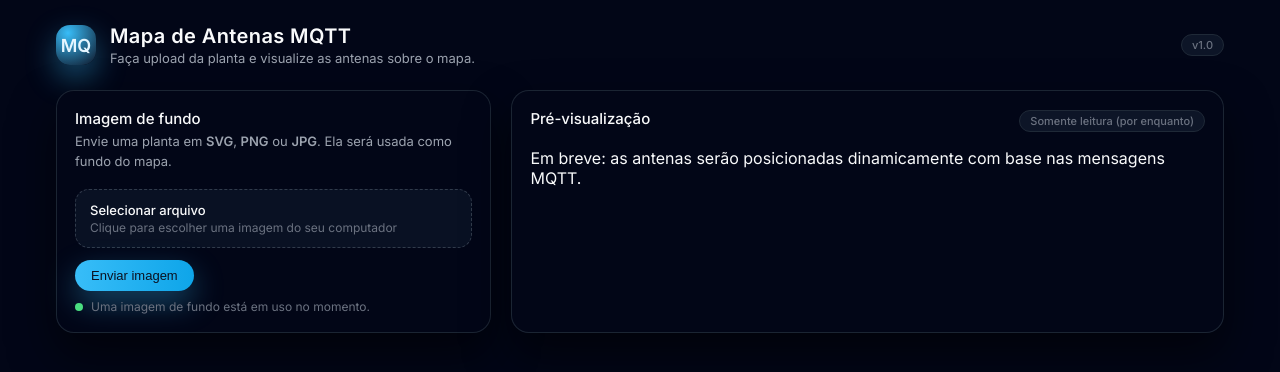
Repository: joaopanceri/mqtt-mapa-flask
Page: http://localhost/
An editor plug-in stored every save of this project. The page is shown before and after the next save, followed by the edit.
The browser window is 1280 px wide. The pictures show the whole page.
The page is served by the project's application, run on Flask 3 (app.py).

Above is the page before, as saved 2025-11-20 15:16:19.

### templates/index.html
<!doctype html>
<html lang="pt-BR">
<head>
  <meta charset="utf-8">
  <title>Mapa de Antenas MQTT</title>
  <meta name="viewport" content="width=device-width, initial-scale=1">

  <!-- Fonte moderna -->
  <link rel="preconnect" href="https://fonts.googleapis.com">
  <link rel="preconnect" href="https://fonts.gstatic.com" crossorigin>
  <link href="https://fonts.googleapis.com/css2?family=Inter:wght@400;500;600&display=swap" rel="stylesheet">

  <link rel="stylesheet" href="{{ url_for('static', filename='css/style.css') }}">
</head>
<body>
  <div class="app-shell">
    <!-- Barra superior -->
    <header class="app-header">
      <div class="app-title-group">
        <div class="app-logo">MQ</div>
        <div>
          <h1 class="app-title">Mapa de Antenas MQTT</h1>
          <p class="app-subtitle">Faça upload da planta e visualize as antenas sobre o mapa.</p>
        </div>
      </div>
      <div class="app-header-actions">
        <span class="badge badge-soft">v1.0</span>
      </div>
    </header>

    <main class="app-main">
      <!-- Coluna esquerda: upload/config -->
      <section class="card card-config">
        <h2 class="card-title">Imagem de fundo</h2>
        <p class="card-description">
          Envie uma planta em <strong>SVG</strong>, <strong>PNG</strong> ou <strong>JPG</strong>. Ela será usada como fundo do mapa.
        </p>

        <form action="{{ url_for('index') }}" method="post" enctype="multipart/form-data" class="upload-form">
          <label for="background" class="upload-label">
            <span class="upload-label-title">Selecionar arquivo</span>
            <span class="upload-label-subtitle">Clique para escolher uma imagem do seu computador</span>
          </label>
          <input
            type="file"
            id="background"
            name="background"
            accept=".svg,.png,.jpg,.jpeg"
            required
          >

          <button type="submit" class="btn-primary">
            Enviar imagem
          </button>
        </form>

        {% if background_url %}
          <div class="current-image-info">
            <span class="dot dot-success"></span>
            <span>Uma imagem de fundo está em uso no momento.</span>
          </div>
        {% else %}
          <div class="current-image-info">
            <span class="dot dot-muted"></span>
            <span>Nenhuma imagem enviada ainda.</span>
          </div>
        {% endif %}
      </section>

      <!-- Coluna direita: preview do mapa -->
      <section class="card card-map">
        <div class="card-header-row">
          <h2 class="card-title">Pré-visualização</h2>
          <span class="badge badge-soft">Somente leitura (por enquanto)</span>
        </div>

        <div class="map-wrapper">
          <div class="map-container">
            {% if background_url %}
              <div class="map-background"
                   style="background-image: url('{{ background_url }}');">
              </div>
            {% else %}
              <div class="map-background placeholder">
                <div class="placeholder-content">
                  <div class="placeholder-icon">🗺️</div>
                  <p>Envie uma planta para visualizar o mapa aqui.</p>
                </div>
              </div>
            {% endif %}

            <!-- Camada das antenas: por enquanto só exemplo visual -->
            <div class="antennas-layer">
              <div class="antenna" style="left: 18%; top: 30%;"></div>
              <div class="antenna" style="left: 55%; top: 60%;"></div>
              <div class="antenna" style="left: 78%; top: 40%;"></div>
            </div>
          </div>

          <p class="map-hint">
            Em breve: as antenas serão posicionadas dinamicamente com base nas mensagens MQTT.
          </p>
        </div>
      </section>
    </main>
  </div>
</body>
</html>

### app.py
import os
from flask import Flask, render_template, request, redirect, url_for
from werkzeug.utils import secure_filename

BASE_DIR = os.path.abspath(os.path.dirname(__file__))

app = Flask(__name__, static_folder="static", static_url_path="/static")

UPLOAD_FOLDER = os.path.join(BASE_DIR, "static", "uploads")
ALLOWED_EXTENSIONS = {"png", "jpg", "jpeg", "svg"}

os.makedirs(UPLOAD_FOLDER, exist_ok=True)
app.config["UPLOAD_FOLDER"] = UPLOAD_FOLDER
# Se quiser limitar tamanho depois, pode voltar com MAX_CONTENT_LENGTH


def allowed_file(filename: str) -> bool:
    return "." in filename and filename.rsplit(".", 1)[1].lower() in ALLOWED_EXTENSIONS


def get_current_background():
    """Retorna o arquivo mais recente na pasta uploads, se existir."""
    files = [
        f for f in os.listdir(UPLOAD_FOLDER)
        if os.path.isfile(os.path.join(UPLOAD_FOLDER, f))
    ]
    if not files:
        return None

    files = sorted(
        files,
        key=lambda f: os.path.getmtime(os.path.join(UPLOAD_FOLDER, f)),
        reverse=True,
    )
    return files[0]


@app.route("/", methods=["GET", "POST"])
def index():
    if request.method == "POST":
        file = request.files.get("background")

        # Nenhum arquivo selecionado
        if file is None or file.filename == "":
            return redirect(url_for("index"))

        if allowed_file(file.filename):
            # Sempre sobrescreve com um nome padrão (facilita debugging)
            ext = file.filename.rsplit(".", 1)[1].lower()
            filename = secure_filename(f"background.{ext}")
            save_path = os.path.join(app.config["UPLOAD_FOLDER"], filename)
            file.save(save_path)

        return redirect(url_for("index"))

    current_bg = get_current_background()
    background_url = (
        url_for("static", filename=f"uploads/{current_bg}") if current_bg else None
    )

    return render_template("index.html", background_url=background_url)


if __name__ == "__main__":
    app.run(debug=True)

### static/css/style.css
:root {
  --bg-body: #0f172a;          /* fundo geral */
  --bg-card: #020617;          /* cards */
  --bg-card-soft: #020617;
  --bg-elevated: #020617;
  --border-subtle: #1f2937;
  --accent: #38bdf8;
  --accent-soft: rgba(56, 189, 248, 0.1);
  --accent-strong: #0ea5e9;
  --text-main: #f9fafb;
  --text-muted: #9ca3af;
  --text-soft: #6b7280;
  --danger: #f97373;
  --success: #4ade80;
  --radius-lg: 18px;
  --radius-full: 999px;
  --shadow-soft: 0 22px 45px rgba(0, 0, 0, 0.55);
}

/* ===== Reset leve ===== */
*,
*::before,
*::after {
  box-sizing: border-box;
}

body {
  margin: 0;
  min-height: 100vh;
  font-family: "Inter", system-ui, -apple-system, BlinkMacSystemFont, "Segoe UI",
    sans-serif;
  background: radial-gradient(circle at top, #020617 0, #020617 40%, #020617 100%);
  color: var(--text-main);
}

/* ===== Shell geral do app ===== */
.app-shell {
  max-width: 1200px;
  margin: 0 auto;
  padding: 24px 16px 40px;
}

/* ===== Header ===== */
.app-header {
  display: flex;
  justify-content: space-between;
  align-items: center;
  margin-bottom: 24px;
}

.app-title-group {
  display: flex;
  align-items: center;
  gap: 14px;
}

.app-logo {
  width: 40px;
  height: 40px;
  border-radius: 14px;
  display: flex;
  align-items: center;
  justify-content: center;
  background: radial-gradient(circle at 30% 20%, #38bdf8, #0f172a);
  color: #e5f6ff;
  font-weight: 700;
  font-size: 18px;
  box-shadow: 0 12px 30px rgba(56, 189, 248, 0.4);
}

.app-title {
  margin: 0;
  font-size: 20px;
  font-weight: 600;
  letter-spacing: 0.02em;
}

.app-subtitle {
  margin: 2px 0 0;
  color: var(--text-muted);
  font-size: 13px;
}

.app-header-actions {
  display: flex;
  align-items: center;
  gap: 8px;
}

/* ===== Badges ===== */
.badge {
  display: inline-flex;
  align-items: center;
  padding: 3px 10px;
  border-radius: var(--radius-full);
  font-size: 11px;
  font-weight: 500;
  border: 1px solid transparent;
}

.badge-soft {
  background: rgba(15, 23, 42, 0.9);
  border-color: var(--border-subtle);
  color: var(--text-soft);
}

/* ===== Layout principal ===== */
.app-main {
  display: grid;
  grid-template-columns: minmax(0, 1.1fr) minmax(0, 1.8fr);
  gap: 20px;
}

/* Responsivo */
@media (max-width: 900px) {
  .app-main {
    grid-template-columns: 1fr;
  }
}

/* ===== Cards ===== */
.card {
  background: radial-gradient(circle at top left, #020617, #020617 50%, #020617 100%);
  border-radius: var(--radius-lg);
  border: 1px solid rgba(31, 41, 55, 0.9);
  box-shadow: var(--shadow-soft);
  padding: 18px 18px 18px;
  backdrop-filter: blur(18px);
}

.card-title {
  margin: 0 0 4px;
  font-size: 15px;
  font-weight: 500;
}

.card-description {
  margin: 0 0 18px;
  font-size: 13px;
  color: var(--text-muted);
  line-height: 1.5;
}

.card-header-row {
  display: flex;
  justify-content: space-between;
  align-items: center;
  gap: 8px;
  margin-bottom: 12px;
}

/* ===== Upload ===== */
.upload-form {
  display: flex;
  flex-direction: column;
  gap: 12px;
}

/* Esconde o input nativo */
.upload-form input[type="file"] {
  display: none;
}

/* Área clicável estilizada */
.upload-label {
  border-radius: 14px;
  border: 1px dashed rgba(55, 65, 81, 0.9);
  padding: 12px 14px;
  display: flex;
  flex-direction: column;
  gap: 2px;
  cursor: pointer;
  background: rgba(15, 23, 42, 0.65);
  transition: border-color 0.18s ease, background 0.18s ease,
    box-shadow 0.18s ease;
}

.upload-label:hover {
  border-color: var(--accent);
  background: rgba(15, 23, 42, 0.9);
  box-shadow: 0 8px 22px rgba(15, 23, 42, 0.7);
}

.upload-label-title {
  font-size: 13px;
  font-weight: 500;
  color: var(--text-main);
}

.upload-label-subtitle {
  font-size: 12px;
  color: var(--text-soft);
}

/* Botão primário */
.btn-primary {
  align-self: flex-start;
  padding: 8px 16px;
  border-radius: var(--radius-full);
  border: none;
  cursor: pointer;
  font-size: 13px;
  font-weight: 500;
  background: linear-gradient(90deg, var(--accent), var(--accent-strong));
  color: #0b1120;
  box-shadow: 0 12px 30px rgba(56, 189, 248, 0.35);
  transition: transform 0.14s ease, box-shadow 0.14s ease, filter 0.14s ease;
}

.btn-primary:hover {
  transform: translateY(-1px);
  box-shadow: 0 16px 35px rgba(56, 189, 248, 0.5);
  filter: brightness(1.03);
}

.btn-primary:active {
  transform: translateY(0);
  box-shadow: 0 10px 18px rgba(56, 189, 248, 0.35);
}

/* Info da imagem atual */
.current-image-info {
  margin-top: 8px;
  display: flex;
  align-items: center;
  gap: 8px;
  font-size: 12px;
  color: var(--text-soft);
}

.dot {
  width: 8px;
  height: 8px;
  border-radius: 999px;
}

.dot-success {
  background: var(--success);

After the next save:
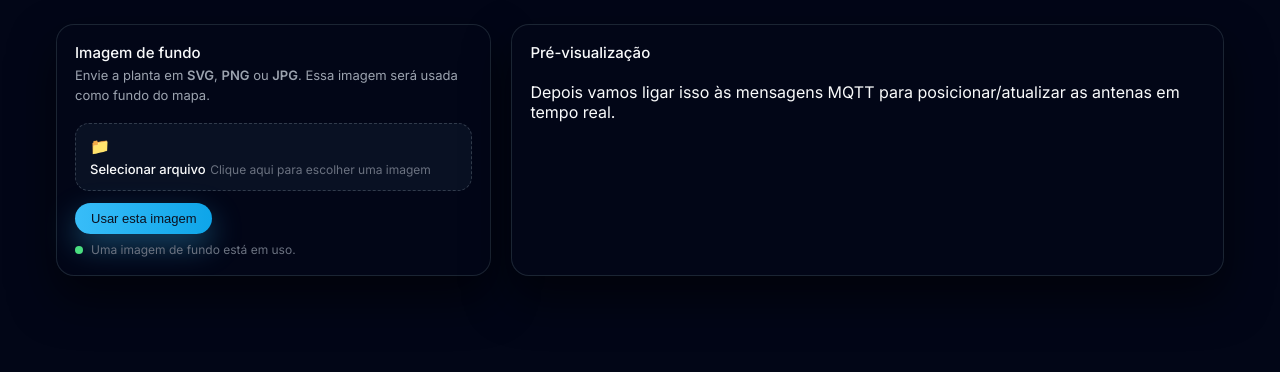
Saved 8 s later.
--- a/templates/index.html
+++ b/templates/index.html
@@ -2,7 +2,7 @@
 <html lang="pt-BR">
 <head>
   <meta charset="utf-8">
-  <title>Mapa de Antenas MQTT</title>
+  <title>Mapa</title>
   <meta name="viewport" content="width=device-width, initial-scale=1">
 
   <!-- Fonte moderna -->
@@ -14,33 +14,25 @@
 </head>
 <body>
   <div class="app-shell">
-    <!-- Barra superior -->
-    <header class="app-header">
-      <div class="app-title-group">
-        <div class="app-logo">MQ</div>
-        <div>
-          <h1 class="app-title">Mapa de Antenas MQTT</h1>
-          <p class="app-subtitle">Faça upload da planta e visualize as antenas sobre o mapa.</p>
-        </div>
-      </div>
-      <div class="app-header-actions">
-        <span class="badge badge-soft">v1.0</span>
-      </div>
-    </header>
 
     <main class="app-main">
       <!-- Coluna esquerda: upload/config -->
       <section class="card card-config">
         <h2 class="card-title">Imagem de fundo</h2>
         <p class="card-description">
-          Envie uma planta em <strong>SVG</strong>, <strong>PNG</strong> ou <strong>JPG</strong>. Ela será usada como fundo do mapa.
+          Envie a planta em <strong>SVG</strong>, <strong>PNG</strong> ou <strong>JPG</strong>.
+          Essa imagem será usada como fundo do mapa.
         </p>
 
         <form action="{{ url_for('index') }}" method="post" enctype="multipart/form-data" class="upload-form">
           <label for="background" class="upload-label">
-            <span class="upload-label-title">Selecionar arquivo</span>
-            <span class="upload-label-subtitle">Clique para escolher uma imagem do seu computador</span>
+            <div class="upload-icon">📁</div>
+            <div class="upload-texts">
+              <span class="upload-label-title">Selecionar arquivo</span>
+              <span class="upload-label-subtitle">Clique aqui para escolher uma imagem</span>
+            </div>
           </label>
+
           <input
             type="file"
             id="background"
@@ -50,14 +42,14 @@
           >
 
           <button type="submit" class="btn-primary">
-            Enviar imagem
+            Usar esta imagem
           </button>
         </form>
 
         {% if background_url %}
           <div class="current-image-info">
             <span class="dot dot-success"></span>
-            <span>Uma imagem de fundo está em uso no momento.</span>
+            <span>Uma imagem de fundo está em uso.</span>
           </div>
         {% else %}
           <div class="current-image-info">
@@ -71,7 +63,6 @@
       <section class="card card-map">
         <div class="card-header-row">
           <h2 class="card-title">Pré-visualização</h2>
-          <span class="badge badge-soft">Somente leitura (por enquanto)</span>
         </div>
 
         <div class="map-wrapper">
@@ -89,7 +80,7 @@
               </div>
             {% endif %}
 
-            <!-- Camada das antenas: por enquanto só exemplo visual -->
+            <!-- Camada das antenas (exemplo visual) -->
             <div class="antennas-layer">
               <div class="antenna" style="left: 18%; top: 30%;"></div>
               <div class="antenna" style="left: 55%; top: 60%;"></div>
@@ -98,7 +89,7 @@
           </div>
 
           <p class="map-hint">
-            Em breve: as antenas serão posicionadas dinamicamente com base nas mensagens MQTT.
+            Depois vamos ligar isso às mensagens MQTT para posicionar/atualizar as antenas em tempo real.
           </p>
         </div>
       </section>
